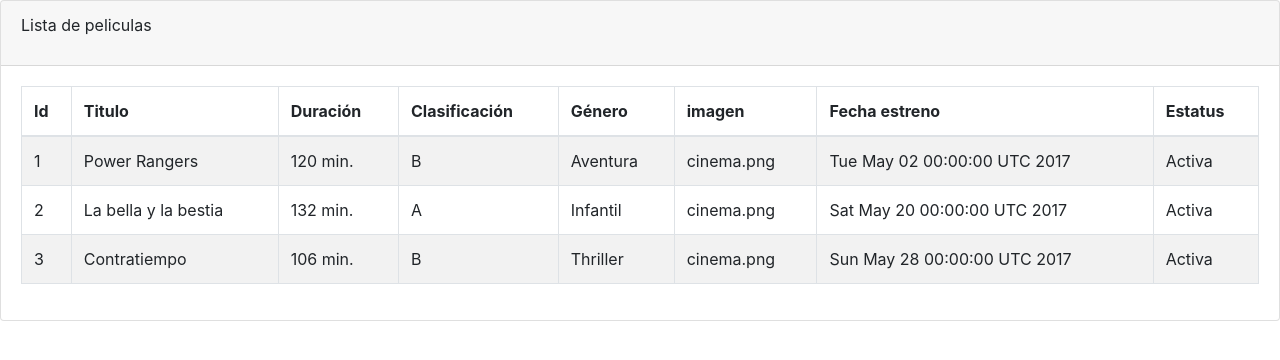
Repository: carlosgijon/Curso-Spring-e-Hibernate
Page: http://localhost/cineapp/
An editor plug-in stored every save of this project. The page is shown before and after the next save, followed by the edit.
The browser window is 1280 px wide. The pictures show the whole page.
The page is served by Tomcat 9.

Above is the page before, as saved 2018-10-01 11:10:27.
Console error: TypeError: Cannot read properties of undefined (reading 'fn')

After the next save:
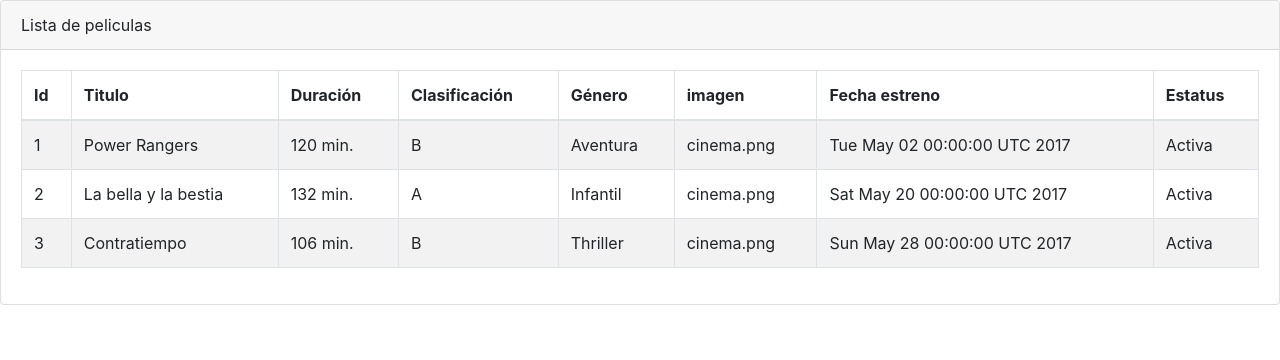
Saved 69 s later.
--- a/cineapp/webapp/WEB-INF/views/home.jsp
+++ b/cineapp/webapp/WEB-INF/views/home.jsp
@@ -26,7 +26,7 @@
 
 	<div class="card">
 		<div class="card-header">
-			<p>Lista de peliculas</p>
+			Lista de peliculas
 		</div>
 		<div class="card-body">
 			<table class="table table-striped table-bordered table-hover">
